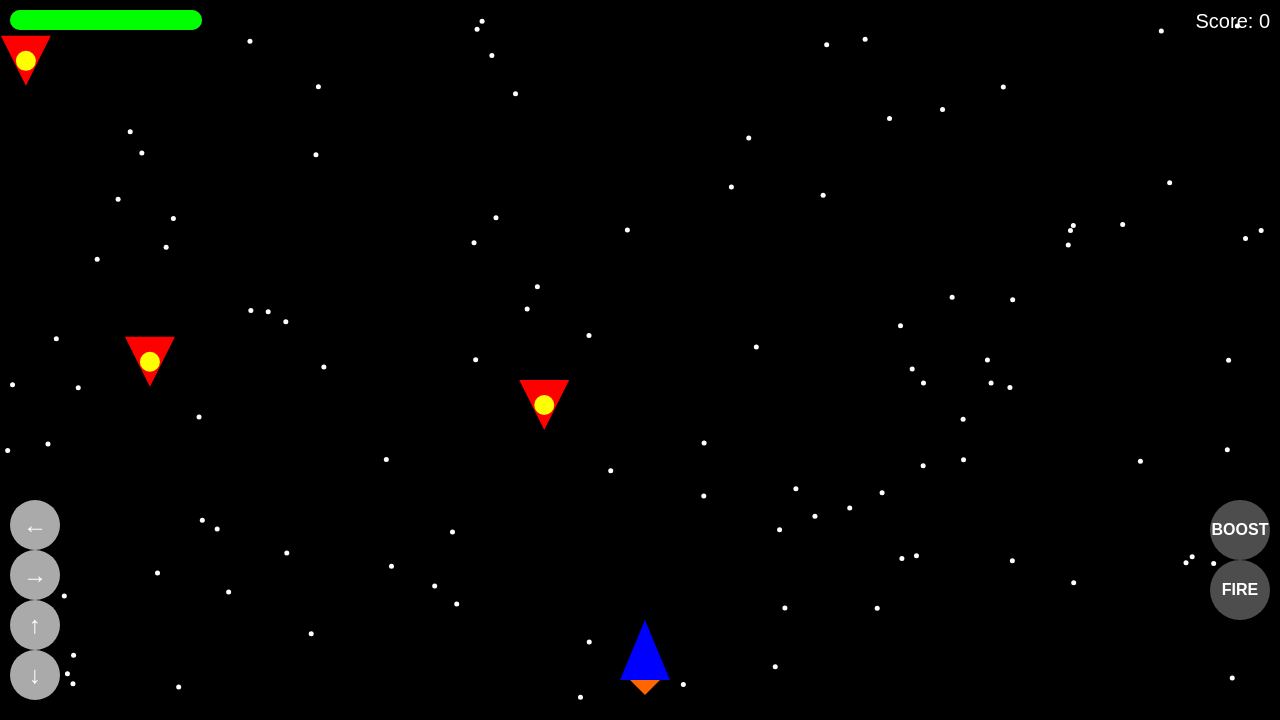
Repository: BiranOrundas/space-shooter
Page: space-shooter.html
These files come from the project's save history. The page is drawn as it stood at one moment and after a run of saves; the edit follows.
The browser window is 1280 px wide. The pictures show the whole page.

Above is the page before, as saved 2025-03-13 15:49:59.

### space-shooter.html
<!DOCTYPE html>
<html lang="en">
<head>
  <meta charset="UTF-8">
  <meta name="viewport" content="width=device-width, initial-scale=1.0">
  <title>Space Shooter</title>
  <style>
    body {
      margin: 0;
      overflow: hidden;
      touch-action: none;
      font-family: Arial, sans-serif;
      background-color: #000;
      display: flex;
      justify-content: center;
      align-items: center;
      height: 100vh;
    }

    #game-container {
      position: relative;
      width: 100vw;
      height: 100vh;
      background-color: #000;
      overflow: hidden;
      touch-action: none;
    }

    #game-canvas {
      width: 100%;
      height: 100%;
    }

    #controls {
      position: absolute;
      bottom: 20px;
      left: 0;
      width: 100%;
      display: flex;
      justify-content: space-between;
      z-index: 10;
    }

    .direction-btn {
      width: 50px;
      height: 50px;
      background-color: rgba(255, 255, 255, 0.3);
      border-radius: 50%;
      display: flex;
      justify-content: center;
      align-items: center;
      color: white;
      font-weight: bold;
      font-size: 24px;
      user-select: none;
      margin: 0 10px;
    }
    .direction-btnpress {
      width: 50px;
      height: 50px;
      background-color: rgba(24, 124, 4, 0.3);
      border-radius: 50%;
      display: flex;
      justify-content: center;
      align-items: center;
      color: white;
      font-weight: bold;
      font-size: 24px;
      user-select: none;
      margin: 0 10px;
    }

    .action-btn {
      width: 60px;
      height: 60px;
      background-color: rgba(255, 255, 255, 0.3);
      border-radius: 50%;
      display: flex;
      justify-content: center;
      align-items: center;
      color: white;
      font-weight: bold;
      font-size: 16px;
      user-select: none;
      margin: 0 10px;
    }

    #life-bar-container {
      position: absolute;
      top: 10px;
      left: 10px;
      width: 15%;
      height: 20px;
      background-color: rgba(255, 255, 255, 0.3);
      border-radius: 10px;
    }

    #life-bar {
      height: 100%;
      width: 100%;
      background-color: #0f0;
      border-radius: 10px;
      transition: width 0.5s;
    }

    #score {
      position: absolute;
      top: 10px;
      right: 10px;
      color: white;
      font-size: 20px;
    }

    #game-over {
      position: absolute;
      top: 0;
      left: 0;
      width: 100%;
      height: 100%;
      background-color: rgba(0, 0, 0, 0.8);
      display: none;
      flex-direction: column;
      justify-content: center;
      align-items: center;
      color: white;
      font-size: 30px;
      z-index: 20;
    }

    #restart-btn {
      margin-top: 20px;
      padding: 10px 20px;
      background-color: #0f0;
      color: black;
      border: none;
      border-radius: 5px;
      font-size: 18px;
      cursor: pointer;
    }

    .star {
      position: absolute;
      background-color: white;
      border-radius: 50%;
    }
  </style>
</head>
<body>
  <div id="game-container">
    <div id="life-bar-container">
      <div id="life-bar"></div>
    </div>
    <div id="score">Score: 0</div>
    <canvas id="game-canvas"></canvas>

    <div id="controls">
      <div id="movement-controls">
        <div name="leftButton" class="direction-btn" id="left-btn">←</div>
        <div name="rightButton" class="direction-btn" id="right-btn">→</div>
        <div name="upButton" class="direction-btn" id="up-btn">↑</div>
        <div name="downButton" class="direction-btn" id="down-btn">↓</div>
      </div>
      <div id="action-controls">
        <div class="action-btn" id="boost-btn">BOOST</div>
        <div class="action-btn" id="shoot-btn">FIRE</div>
      </div>
    </div>

    <div id="game-over">
      <div>GAME OVER</div>
      <div id="final-score">Score: 0</div>
      <button id="restart-btn">Restart</button>
    </div>
  </div>

  <script>
    // Game setup
    const canvas = document.getElementById('game-canvas');
    const ctx = canvas.getContext('2d');

    // Set canvas dimensions to match container
    const container = document.getElementById('game-container');
    canvas.width = container.clientWidth;
    canvas.height = container.clientHeight;

    // Game variables
    let score = 15000;
    let gameOver = false;
    let animationId;

    // Player variables
    const player = {
      x: canvas.width / 2 - 20,
      y: canvas.height - 100,
      width: 50,
      height: 60,
      speed: 5,
      boostedSpeed: 10,
      isBoosting: false,
      life: 100,
      color: '#00f',
      cooldown: 0,
      lastShot: 0
    };


    // Game elements arrays
    const bullets = [];
    const enemies = [];
    const stars = [];

    // Control variables
    let leftPressed = false;
    let rightPressed = false;
    let upPressed = false;
    let downPressed = false;
    let shootPressed = false;
    let boostPressed = false;

    // Generate stars for background
    function createStars() {
      const starCount = 100;
      for (let i = 0; i < starCount; i++) {
        stars.push({
          x: Math.random() * canvas.width,
          y: Math.random() * canvas.height,
          size: Math.random() * 1 + 0.5,
          speed: Math.random() * 2 + 1.9,

        });
      }
    }

    // Draw player's spaceship
    function drawPlayer() {
      // Draw player ship
      ctx.fillStyle = player.color;

      // Ship body
      ctx.beginPath();
      ctx.moveTo(player.x + player.width / 2, player.y);
      ctx.lineTo(player.x + player.width, player.y + player.height);
      ctx.lineTo(player.x, player.y + player.height);
      ctx.closePath();
      ctx.fill();

      // Engine flames
      if (player.isBoosting) {
        ctx.fillStyle = '#ff0';
      } else {
        ctx.fillStyle = '#f60';
      }

      const flameHeight = player.isBoosting ? 30 : 15;
      ctx.beginPath();
      ctx.moveTo(player.x + 10, player.y + player.height);
      ctx.lineTo(player.x + player.width / 2, player.y + player.height + flameHeight);
      ctx.lineTo(player.x + player.width - 10, player.y + player.height);
      ctx.closePath();
      ctx.fill();
    }

    // Create a bullet
    function shootBullet() {
      const now = Date.now();
      if (now - player.lastShot > 50 ) { // Cooldown in ms
        bullets.push({
          x: player.x + player.width / 2 - 3,
          y: player.y,
          width: 2,
          height: 10,
          speed: 20,
          color: '#f00'
        });
        player.lastShot = now;
      }
    }

    // Draw bullets
    function drawBullets() {
      bullets.forEach(bullet => {
        ctx.fillStyle = bullet.color;
        ctx.fillRect(bullet.x, bullet.y, bullet.width, bullet.height);
      });
    }

    // Create enemy ships
// Create enemy ships
function spawnEnemy() {
  if (Math.random() < 0.02 && !gameOver) {
    // Eğer boost aktifse, düşmanların hızını artır
    const enemySpeed = player.isBoosting ? Math.random() * 16 + 2 : Math.random() * 2 + 1;

    enemies.push({
      x: Math.random() * (canvas.width - 50),
      y: -50,
      width: 50,
      height: 50,
      speed: enemySpeed  // Boost durumuna göre hız
    });
  }
}


    // Draw enemy ships
    function drawEnemies() {
      enemies.forEach(enemy => {
        // Enemy ship body
        ctx.fillStyle = '#f00';
        ctx.beginPath();
        ctx.moveTo(enemy.x + enemy.width / 2, enemy.y + enemy.height);
        ctx.lineTo(enemy.x + enemy.width, enemy.y);
        ctx.lineTo(enemy.x, enemy.y);
        ctx.closePath();
        ctx.fill();

        // Enemy details
        ctx.fillStyle = '#ff0';
        ctx.beginPath();
        ctx.arc(enemy.x + enemy.width / 2, enemy.y + enemy.height / 2, 10, 0, Math.PI * 2);
        ctx.fill();
      });
    }

    // Draw stars background
    function drawStars() {
      ctx.fillStyle = 'white';
      stars.forEach(star => {
        ctx.beginPath();
        ctx.arc(star.x, star.y, star.size, 0, Math.PI * 2);
        ctx.fill();
      });
    }

    // Update star positions
  // Update star positions
function updateStars() {
  stars.forEach(star => {
    // Eğer boost aktifse, yıldızın hızını artır
    const speedFactor = player.isBoosting ? 3.5 : 1; // Boost aktifse hız 1.5 kat artar, yoksa normal hız

    star.y += star.speed * speedFactor; // Yıldızın hızı boost durumuna göre değişir
    star.size = 2 + 0.5;


    // Eğer yıldız ekranın dışına çıkarsa, konumunu sıfırlayın
    if (star.y > canvas.height) {
      star.y = 0;
      star.x = Math.random() * canvas.width;
    }
  });
}


// Update game elements
function updateGameElements() {

  if (leftPressed && player.x > 0) {
    player.x -= player.isBoosting ? player.boostedSpeed : player.speed;
    const LeftDirs = document.getElementsByName("leftButton");
LeftDirs.forEach(btn => {
    btn.style.backgroundColor = "#5CE65C";
});
  }else{
    const LeftDirs = document.getElementsByName("leftButton");
LeftDirs.forEach(btn => {
    btn.style.backgroundColor = "#AAAAAA";
})};



  if (rightPressed && player.x < canvas.width - player.width) {
    player.x += player.isBoosting ? player.boostedSpeed : player.speed;

    const rightDirs = document.getElementsByName("rightButton");
    rightDirs.forEach(btn => {
    btn.style.backgroundColor = "#5CE65C";
});
  }else{
    const rightDirs = document.getElementsByName("rightButton");
    rightDirs.forEach(btn => {
    btn.style.backgroundColor = "#AAAAAA";
})};


  if (upPressed && player.y < canvas.height - player.height) {
    player.y -= player.isBoosting ? player.boostedSpeed : player.speed;
    const upDirs = document.getElementsByName("upButton");
    upDirs.forEach(btn => {
    btn.style.backgroundColor = "#5CE65C";
});

  }else{
    const upDirs = document.getElementsByName("upButton");
    upDirs.forEach(btn => {
    btn.style.backgroundColor = "#AAAAAA";
})};






  if (downPressed && player.y < canvas.height - 20 - player.height) {
    player.y += player.isBoosting ? player.boostedSpeed : player.speed;
    const downDirs = document.getElementsByName("downButton");
    downDirs.forEach(btn => {
    btn.style.backgroundColor = "#5CE65C";
});

  }else{
    const downDirs = document.getElementsByName("downButton");
    downDirs.forEach(btn => {
    btn.style.backgroundColor = "#AAAAAA";
})};

  // Update bullets
  for (let i = 0; i < bullets.length; i++) {
    bullets[i].y -= bullets[i].speed;

    // Remove bullets that are off screen
    if (bullets[i].y < 0) {
      bullets.splice(i, 1);
      i--;
    }
  }

  // Update enemies
  for (let i = 0; i < enemies.length; i++) {
    enemies[i].y += enemies[i].speed;

    // Check for collision with player
    if (
      player.x < enemies[i].x + enemies[i].width &&
      player.x + player.width > enemies[i].x &&
      player.y < enemies[i].y + enemies[i].height &&
      player.y + player.height > enemies[i].y
    ) {
      // Player hit by enemy
      player.life -= 20;
      updateLifeBar();

      // Remove enemy
      enemies.splice(i, 1);
      i--;

      // Check game over
      if (player.life <= 0) {
        endGame();
      }

      continue;
    }

    // Check for bullets hitting enemies
    for (let j = 0; j < bullets.length; j++) {
      if (
        bullets[j].x < enemies[i].x + enemies[i].width &&
        bullets[j].x + bullets[j].width > enemies[i].x &&
        bullets[j].y < enemies[i].y + enemies[i].height &&
        bullets[j].y + bullets[j].height > enemies[i].y
      ) {
        // Enemy hit by bullet
        score += 50;
        updateScore();

      // Global variable to track if the bullet height has been changed
let bulletHeightUpdated = false;

// Inside the game loop or where you check the score
if (score >= 100 && !bulletHeightUpdated) {
    // Set the bullet height to 100
    bullets.forEach(bullet => {
        bullet.height = 100;
        bullet.color = "#00FF00"
    });

    // Mark the bullet height as updated
    bulletHeightUpdated = true;
}


        // Remove enemy and bullet
        enemies.splice(i, 1);
        bullets.splice(j, 1);
        i--;
        break;
      }
    }

    // Remove enemies that are off screen
    if (enemies[i] && enemies[i].y > canvas.height) {
      enemies.splice(i, 1);
      i--;
    }
  }
}


function Day() {
    const space = document.getElementById("game-container");

    setTimeout((randomColor) => {
        var randomColor = Math.floor(Math.random()*16777215).toString(16);
        space.style.backgroundColor = randomColor;
    },5500);
}


    // Update life bar
    function updateLifeBar() {
      const lifeBar = document.getElementById('life-bar');
      lifeBar.style.width = `${player.life}%`;

      // Change color based on life
      if (player.life > 60) {
        lifeBar.style.backgroundColor = '#0f0';
      } else if (player.life > 30) {
        lifeBar.style.backgroundColor = '#ff0';
      } else {
        lifeBar.style.backgroundColor = '#f00';
      }
    }

    // Update score display
    function updateScore() {
      document.getElementById('score').textContent = `Score: ${score}`;
    }

    // Game over
    function endGame() {
      gameOver = true;
      document.getElementById('game-over').style.display = 'flex';
      document.getElementById('final-score').textContent = `Score: ${score}`;
      cancelAnimationFrame(animationId);
    }

    // Main game loop
    function gameLoop() {
      // Clear canvas
      ctx.fillStyle = '#000';
      ctx.fillRect(0, 0, canvas.width, canvas.height);
        //Space Turning
      Day();

      // Draw stars
      drawStars();
      updateStars();

      // Spawn enemies
      spawnEnemy();


      // Update game elements
      updateGameElements();

      // Fire bullet if shoot button is pressed
      if (shootPressed) {
        shootBullet();
      }

      // Draw game elements
      drawPlayer();
      drawBullets();
      drawEnemies();

      // Continue game loop
      if (!gameOver) {
        animationId = requestAnimationFrame(gameLoop);
      }
    }

    // Event listeners for keyboard controls
    document.addEventListener('keydown', (e) => {
      if (e.key === 'ArrowLeft' || e.key === 'a') leftPressed = true;
      if (e.key === 'ArrowRight' || e.key === 'd') rightPressed = true;
      if (e.key === 'ArrowUp' || e.key === 'w') upPressed = true;
      if (e.key === 'ArrowDown' || e.key === 's') downPressed = true;
      if (e.key === ' ' || e.key === 'Enter') shootPressed = true;
      if (e.key === 'Shift') {
        boostPressed = true;
        player.isBoosting = true;
      }
    });

    document.addEventListener('keyup', (e) => {
      if (e.key === 'ArrowLeft' || e.key === 'a') leftPressed = false;
      if (e.key === 'ArrowRight' || e.key === 'd') rightPressed = false;
      if (e.key === 'ArrowUp' || e.key === 'w') upPressed = false;
      if (e.key === 'ArrowDown' || e.key === 's') downPressed = false;
      if (e.key === ' ' || e.key === 'Enter') shootPressed = false;
      if (e.key === 'Shift') {
        boostPressed = false;
        player.isBoosting = false;
      }
    });

    // Touch controls
    const leftBtn = document.getElementById('left-btn');
    const rightBtn = document.getElementById('right-btn');
    const shootBtn = document.getElementById('shoot-btn');
    const boostBtn = document.getElementById('boost-btn');

    leftBtn.addEventListener('touchstart', (e) => {
      e.preventDefault();
      leftPressed = true;
    });

    leftBtn.addEventListener('touchend', (e) => {
      e.preventDefault();
      leftPressed = false;
    });

    rightBtn.addEventListener('touchstart', (e) => {
      e.preventDefault();
      rightPressed = true;
    });

    rightBtn.addEventListener('touchend', (e) => {
      e.preventDefault();
      rightPressed = false;
    });

    shootBtn.addEventListener('touchstart', (e) => {
      e.preventDefault();
      shootPressed = true;
    });

    shootBtn.addEventListener('touchend', (e) => {
      e.preventDefault();
      shootPressed = false;
    });

    boostBtn.addEventListener('touchstart', (e) => {
      e.preventDefault();
      boostPressed = true;
      player.isBoosting = true;
    });

    boostBtn.addEventListener('touchend', (e) => {
      e.preventDefault();
      boostPressed = false;
      player.isBoosting = false;
    });

    // Mouse controls (for testing on desktop)
    leftBtn.addEventListener('mousedown', () => {
      leftPressed = true;
    });

    leftBtn.addEventListener('mouseup', () => {
      leftPressed = false;
    });

    rightBtn.addEventListener('mousedown', () => {
      rightPressed = true;
    });

    rightBtn.addEventListener('mouseup', () => {
      rightPressed = false;
    });

    shootBtn.addEventListener('mousedown', () => {
      shootPressed = true;
    });

    shootBtn.addEventListener('mouseup', () => {
      shootPressed = false;
    });

    boostBtn.addEventListener('mousedown', () => {
      boostPressed = true;
      player.isBoosting = true;
    });

    boostBtn.addEventListener('mouseup', () => {
      boostPressed = false;
      player.isBoosting = false;
    });

    // Restart game
    document.getElementById('restart-btn').addEventListener('click', () => {
      // Reset game state
      score = 0;
      gameOver = false;
      player.life = 100;
      player.x = canvas.width / 2 - 25;
      player.y = canvas.height - 100;
      player.isBoosting = false;

      // Clear arrays
      bullets.length = 0;
      enemies.length = 0;

      // Update UI
      updateScore();
      updateLifeBar();

      // Hide game over screen
      document.getElementById('game-over').style.display = 'none';

      // Start game loop
      gameLoop();
    });

    // Initialize game
    function initGame() {
      createStars();
      updateLifeBar();
      gameLoop();
    }

    // Start the game
    window.addEventListener('load', initGame);

    window.addEventListener('resize', () => {
  canvas.width = container.clientWidth;
  canvas.height = container.clientHeight;
});
  </script>
</body>
</html>

After the next 2 saves:
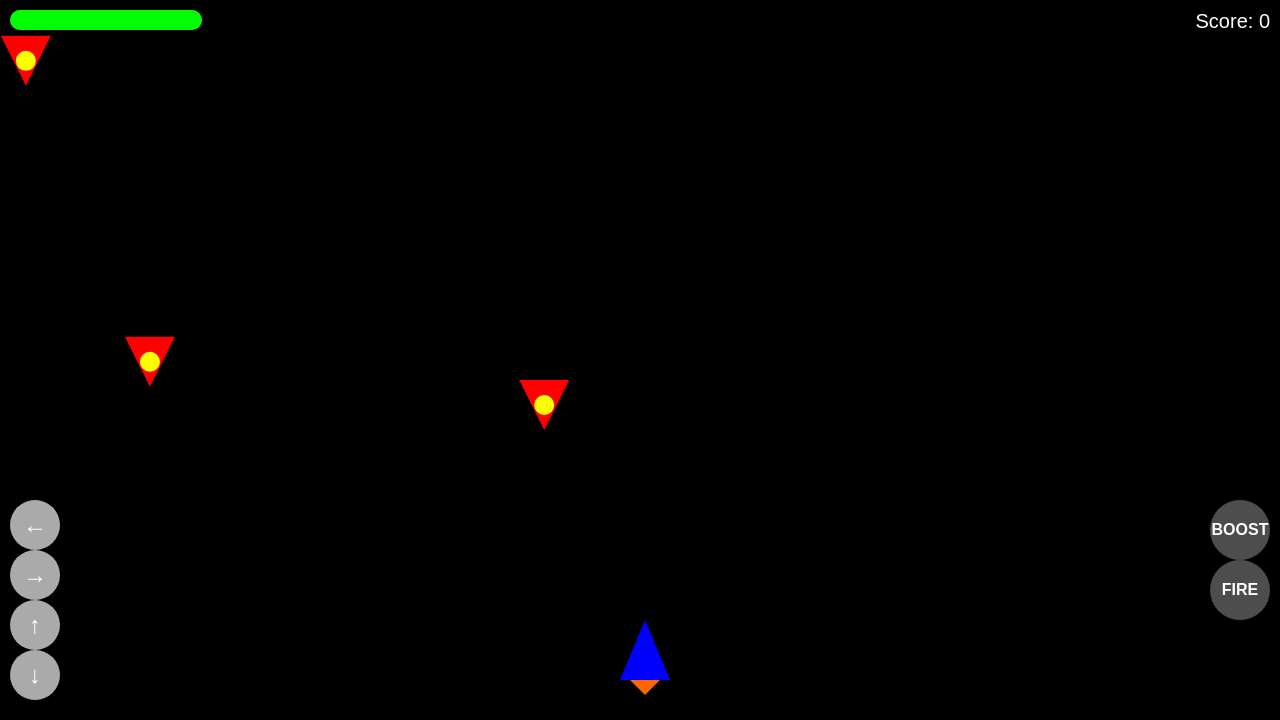
The 2 saves are shown as one change because they came seconds apart.
The last was saved 7 s later.
--- a/space-shooter.html
+++ b/space-shooter.html
@@ -327,7 +327,7 @@
       ctx.fillStyle = 'white';
       stars.forEach(star => {
         ctx.beginPath();
-        ctx.arc(star.x, star.y, star.size, 0, Math.PI * 2);
+        ctx.arc(star.x, star.y, star.size, 50, Math.PI * 2);
         ctx.fill();
       });
     }

After the 3 saves that followed:
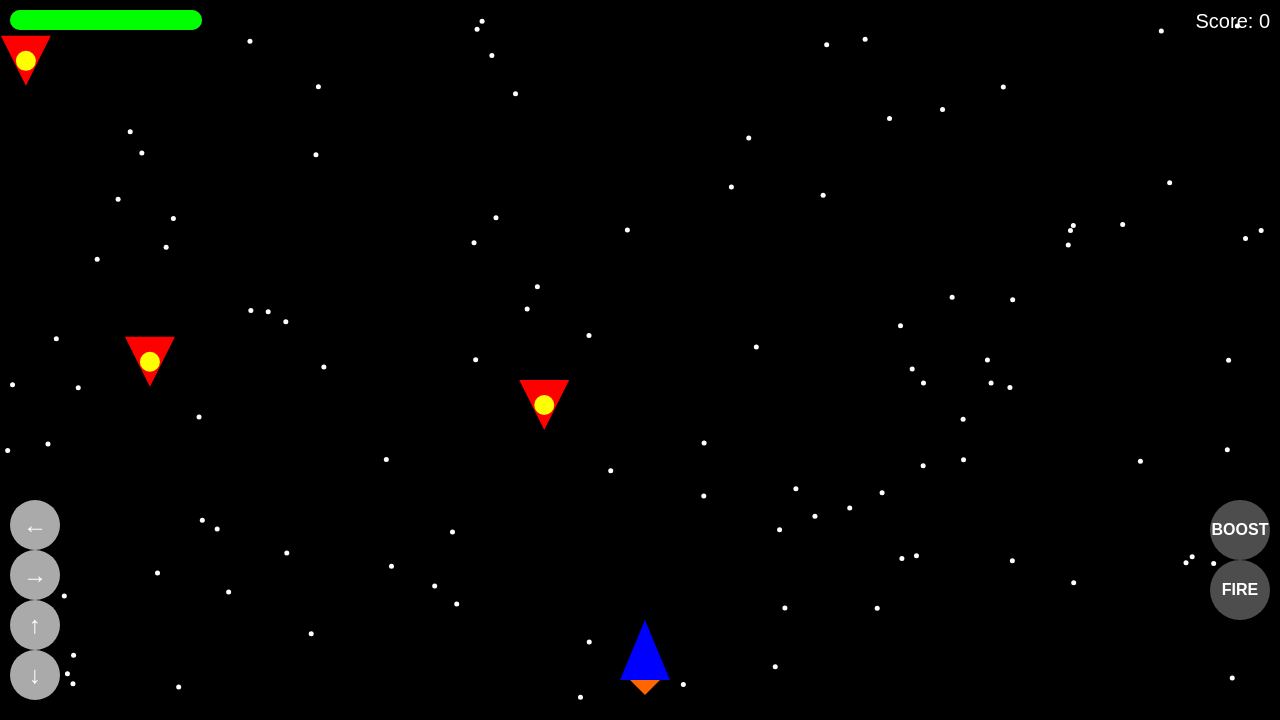
The 3 saves are shown as one change because they came seconds apart.
The last was saved 14 s later.
--- a/space-shooter.html
+++ b/space-shooter.html
@@ -327,7 +327,7 @@
       ctx.fillStyle = 'white';
       stars.forEach(star => {
         ctx.beginPath();
-        ctx.arc(star.x, star.y, star.size, 50, Math.PI * 2);
+        ctx.arc(star.x, star.y, star.size, 0, Math.PI * 2);
         ctx.fill();
       });
     }
